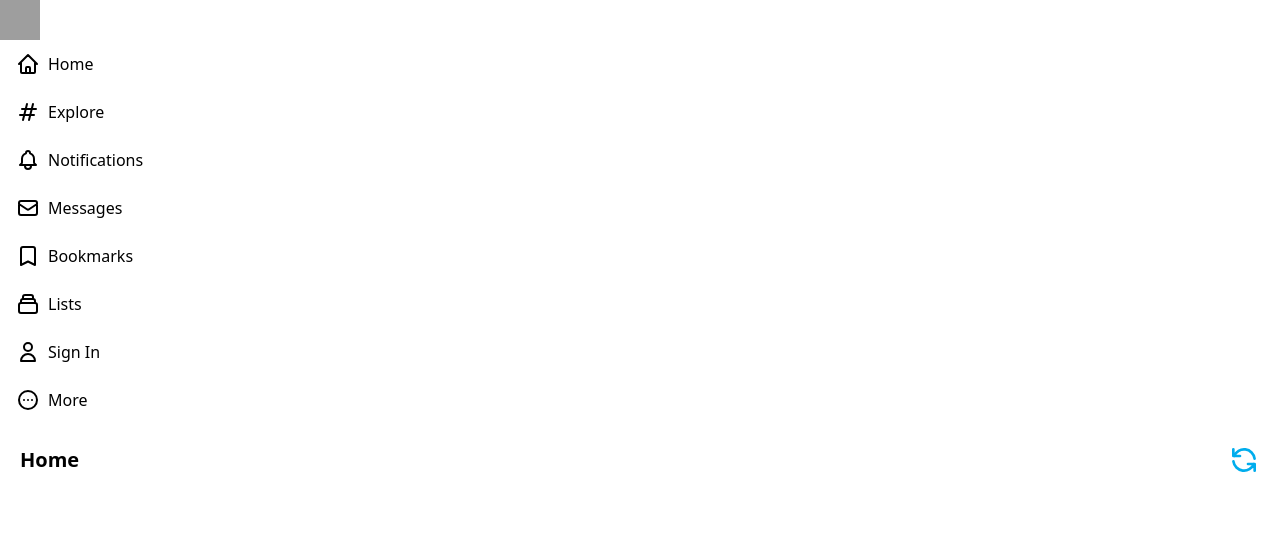
Repository: pabx12/twitter-clone
Page: /
An editor plug-in stored every save of this project. The page is shown before and after the next save, followed by the edit.
The browser window is 1280 px wide. The pictures show the whole page.
Pictures or frames that could not be fetched are drawn as grey boxes. The project was rebuilt for these pictures with package versions that can differ from the ones it lists, and the page was loaded fresh each time. The framework's server and built-in components were replaced by stand-ins that run in the browser. Also part of the build but not shown: next.config.js.

Above is the page before, as saved 2022-05-06 22:46:07.

After the next save:
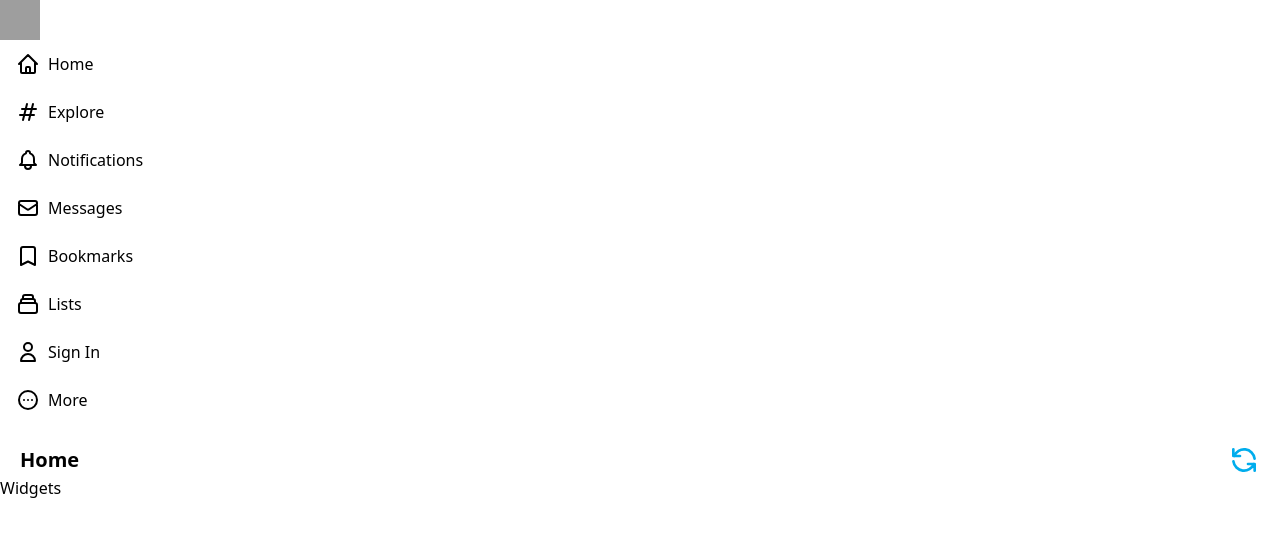
Saved 10 s later.
--- a/pages/index.tsx
+++ b/pages/index.tsx
@@ -3,6 +3,7 @@ import Head from 'next/head'
 import Image from 'next/image'
 import Feed from '../components/Feed'
 import Sidebar from '../components/Sidebar'
+import Widgets from '../components/Widgets'
 
 const Home: NextPage = () => {
   return (
@@ -14,6 +15,7 @@ const Home: NextPage = () => {
       <main>
         <Sidebar/>
         <Feed/>
+        <Widgets/>
       </main>
 
 
